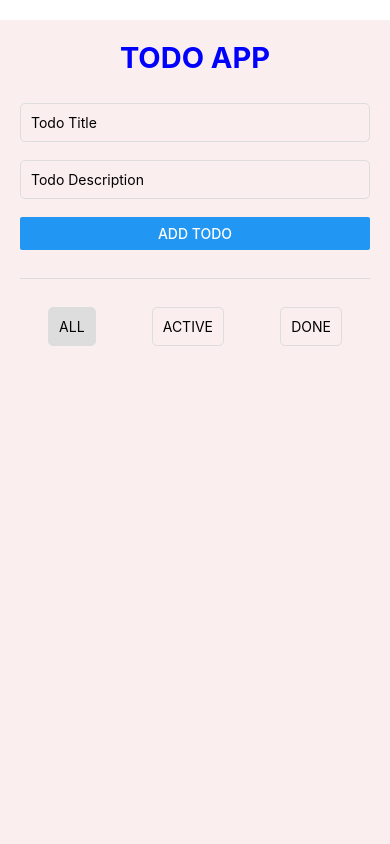
Repository: mohamed-omar-mubark/react-native-todo
Screen: /
The author's editor kept a copy of each file at every save. The screen is drawn from the files as they stood at one save, then again after the next save.
The app was drawn by React Native's web renderer in a window 390 px wide. The project was rebuilt for these pictures with package versions that can differ from the ones it lists, and the page was loaded fresh each time.

Above is the screen before, as saved 2024-08-07 17:47:57.

### App.js
import React, { useState } from "react";
import {
  StyleSheet,
  Text,
  View,
  TextInput,
  Button,
  FlatList,
  TouchableOpacity,
} from "react-native";

export default function App() {
  const [title, setTitle] = useState("");
  const [description, setDescription] = useState("");
  const [todos, setTodos] = useState([]);
  const [filter, setFilter] = useState("All");

  const addTodo = () => {
    if (title && description) {
      setTodos([
        ...todos,
        { id: Date.now(), title, description, status: "active" },
      ]);
      setTitle("");
      setDescription("");
    }
  };

  const changeStatus = (id, status) => {
    setTodos(
      todos.map((todo) => (todo.id === id ? { ...todo, status } : todo))
    );
  };

  const getFilteredTodos = () => {
    if (filter === "All") return todos;
    return todos.filter((todo) => todo.status === filter.toLowerCase());
  };

  return (
    <View style={styles.container}>
      <Text style={styles.title}>TODO APP</Text>
      <TextInput
        style={styles.input}
        placeholder="Todo Title"
        value={title}
        onChangeText={setTitle}
      />
      <TextInput
        style={styles.input}
        placeholder="Todo Description"
        value={description}
        onChangeText={setDescription}
      />
      <Button title="Add Todo" onPress={addTodo} />
      <View style={styles.divider} />
      <View style={styles.filterContainer}>
        {["All", "active", "done"].map((status) => (
          <TouchableOpacity key={status} onPress={() => setFilter(status)}>
            <Text
              style={[
                styles.filterButton,
                filter === status && styles.selectedFilter,
              ]}
            >
              {status.toUpperCase()}
            </Text>
          </TouchableOpacity>
        ))}
      </View>
      <FlatList
        data={getFilteredTodos()}
        keyExtractor={(item) => item.id.toString()}
        renderItem={({ item }) => (
          <View style={styles.todoItem}>
            <Text style={styles.todoTitle}>{item.title}</Text>
            <Text style={styles.todoDescription}>{item.description}</Text>
            {item.status === "active" ? (
              <Button
                title="Mark as Done"
                onPress={() => changeStatus(item.id, "done")}
              />
            ) : (
              <Button
                title="Mark as Active"
                onPress={() => changeStatus(item.id, "active")}
              />
            )}
          </View>
        )}
      />
    </View>
  );
}

const styles = StyleSheet.create({
  container: {
    flex: 1,
    display: "flex",
    justifyContent: "center",
    alignContent: "center",
    marginTop: 20,
    padding: 20,
    gap: 8,
    backgroundColor: "#fbeeee",
  },
  title: {
    fontSize: 29,
    fontWeight: "bold",
    textAlign: "center",
    color: "blue",
    marginBottom: 20,
  },
  input: {
    borderWidth: 1,
    borderColor: "#ddd",
    padding: 10,
    marginBottom: 10,
    borderRadius: 5,
  },
  divider: {
    height: 1,
    backgroundColor: "#ddd",
    marginVertical: 20,
  },
  filterContainer: {
    flexDirection: "row",
    justifyContent: "space-around",
    marginBottom: 20,
  },
  filterButton: {
    padding: 10,
    borderRadius: 5,
    borderWidth: 1,
    borderColor: "#ddd",
    textAlign: "center",
  },
  selectedFilter: {
    backgroundColor: "#ddd",
  },
  todoItem: {
    padding: 20,
    borderBottomWidth: 1,
    borderBottomColor: "#ddd",
  },
  todoTitle: {
    fontSize: 18,
    fontWeight: "bold",
  },
  todoDescription: {
    fontSize: 14,
    color: "#555",
  },
});

After the next save:
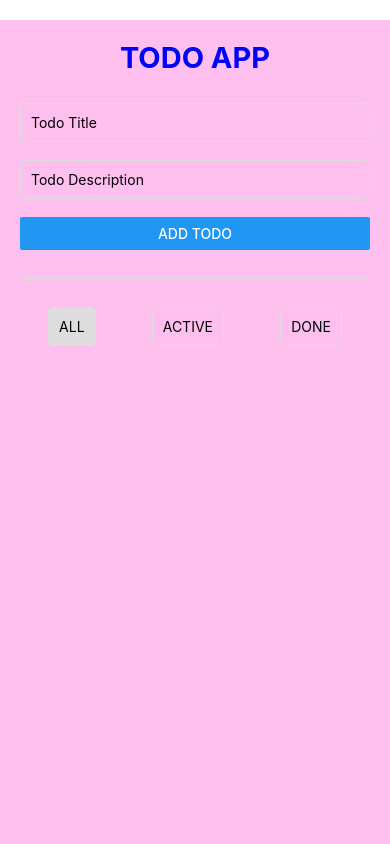
Saved 12 min 19 s later.
--- a/App.js
+++ b/App.js
@@ -61,8 +61,7 @@
               style={[
                 styles.filterButton,
                 filter === status && styles.selectedFilter,
-              ]}
-            >
+              ]}>
               {status.toUpperCase()}
             </Text>
           </TouchableOpacity>
@@ -102,7 +101,7 @@
     marginTop: 20,
     padding: 20,
     gap: 8,
-    backgroundColor: "#fbeeee",
+    backgroundColor: "#fbee",
   },
   title: {
     fontSize: 29,

After the save that followed:
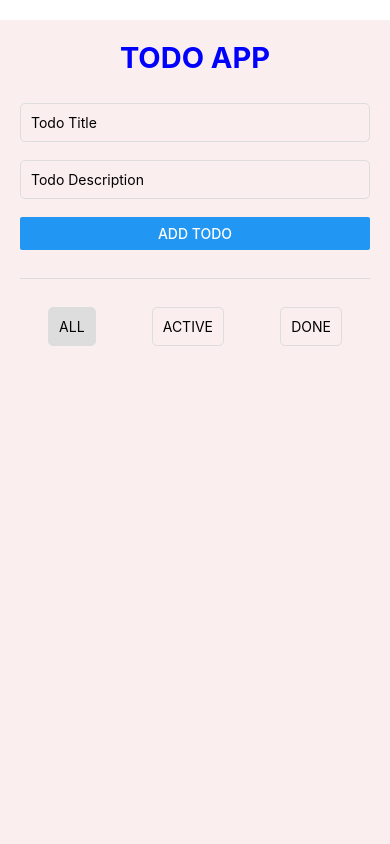
Saved 8 s later.
--- a/App.js
+++ b/App.js
@@ -101,7 +101,7 @@
     marginTop: 20,
     padding: 20,
     gap: 8,
-    backgroundColor: "#fbee",
+    backgroundColor: "#fbeeee",
   },
   title: {
     fontSize: 29,
